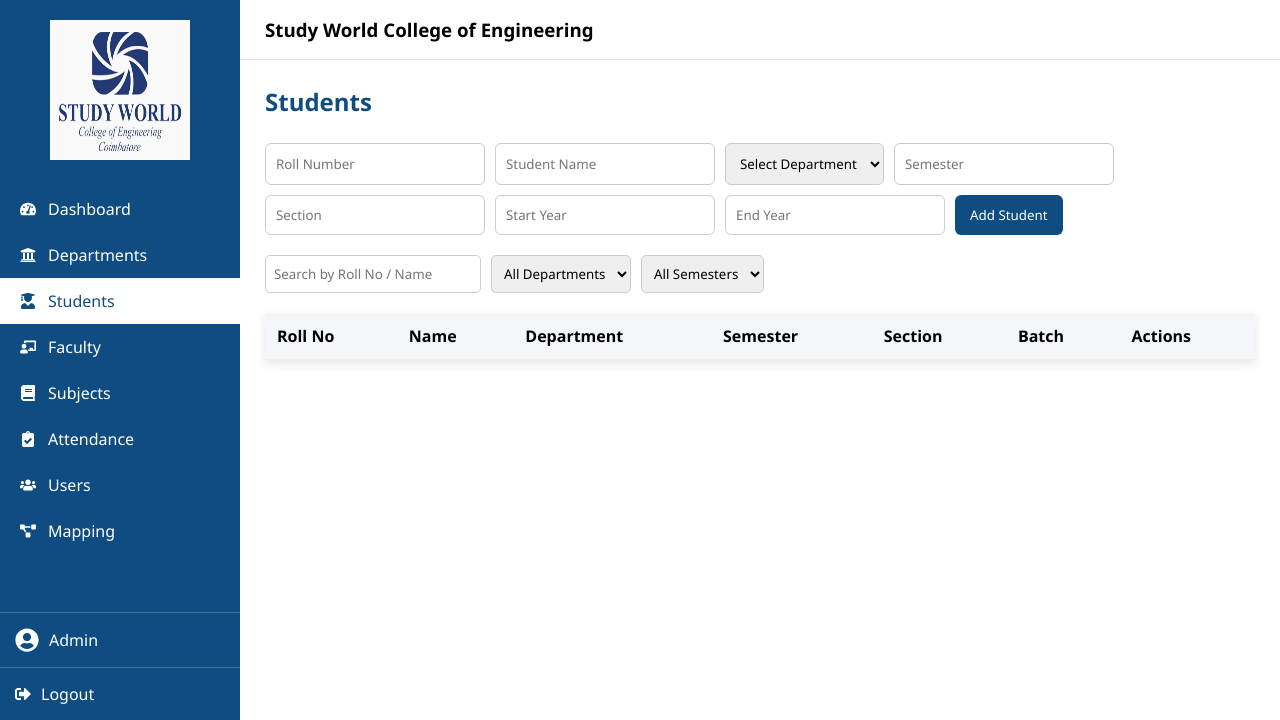
Repository: arthanarieswara/frontend
Page: /students
These files come from the project's save history. The page is drawn as it stood at one moment and after the next save; the edit follows.
The browser window is 1280 px wide. The pictures show the whole page.
The page's requests for data from a server got no answer. The project was rebuilt for these pictures with package versions that can differ from the ones it lists, and the page was loaded fresh each time. No one was signed in, and anything a server would have sent is missing. Also part of the build but not shown: vite.config.js, src/pages/auth/Login.jsx, src/pages/dashboard/Dashboard.css, src/pages/dashboard/Dashboard.jsx, src/pages/departments/Departments.jsx, src/pages/faculty/Faculty.css, src/pages/faculty/Faculty.jsx, src/pages/Subjects/Subjects.css and 7 more.

Above is the page before, as saved 2026-03-27 11:10:35.

### src/App.jsx
import AppRoutes from "./routes/AppRoutes";

function App() {
  return <AppRoutes />;
}

export default App;

### src/routes/AppRoutes.jsx
import { BrowserRouter, Routes, Route } from "react-router-dom";

import Login from "../pages/auth/Login";
import Dashboard from "../pages/dashboard/Dashboard";
import Departments from "../pages/departments/Departments";
import Students from "../pages/students/Students";
import Faculty from "../pages/faculty/Faculty";
import Subjects from "../pages/Subjects/Subjects";
import Attendance from "../pages/Attendance/Attendance";
import Users from "../pages/users/Users";
import UserMapping from "../pages/UserMapping/UserMapping"; // ✅ NEW
function AppRoutes() {
  return (
    <BrowserRouter>
      <Routes>
        <Route path="/" element={<Login />} />
        <Route path="/dashboard" element={<Dashboard />} />
        <Route path="/departments" element={<Departments />} />
        <Route path="/students" element={<Students />} />
        <Route path="/faculty" element={<Faculty />} />
        <Route path="/subjects" element={<Subjects />} />
        <Route path="/attendance" element={<Attendance />} />
        <Route path="/users" element={<Users />} />

        {/* ✅ NEW ROUTE */}
        <Route path="/mapping" element={<UserMapping />} />
      </Routes>
    </BrowserRouter>
  );
}

export default AppRoutes;

### src/pages/auth/Login.css
*{
  margin:0;
  padding:0;
  box-sizing:border-box;
  font-family:"Segoe UI",sans-serif;
}

/* ANIMATED BACKGROUND */

.login-wrapper{
  height:100vh;
  display:flex;
  justify-content:center;
  align-items:center;
  background:linear-gradient(270deg,#0f4c81,#3a8bfd,#1a6ed8);
  background-size:600% 600%;
  animation:gradientBG 10s ease infinite;
}

@keyframes gradientBG{
  0%{background-position:0% 50%}
  50%{background-position:100% 50%}
  100%{background-position:0% 50%}
}

/* LOGIN CARD */

.login-card{
  width:420px;
  padding:40px;
  border-radius:12px;
  background:rgba(255,255,255,0.15);
  backdrop-filter:blur(15px);
  box-shadow:0 15px 40px rgba(0,0,0,0.3);
  text-align:center;
  color:white;
}

/* COLLEGE HEADER */

.college-logo{
  width:70px;
  margin-bottom:10px;
}

.college-header h1{
  font-size:20px;
  margin-bottom:5px;
}

.college-header p{
 font-size:13px;
  opacity:0.9;
}

.college-header span{
  font-size:12px;
  opacity:0.8;
}

.college-header{
  margin-bottom:30px;
}

/* INPUT GROUP */

.input-group{

  position:relative;
  margin-bottom:20px;
}

.input-group input{
  width:100%;
  padding:12px;
  border:none;
  border-radius:6px;
  outline:none;
  font-size:14px;
}

/* FLOATING LABEL */

.input-group label{
  position:absolute;
  left:12px;
  top:50%;
  transform:translateY(-50%);
  color:#000000;
  font-size:14px;
  pointer-events:none;
  transition:0.3s;
}

.input-group input:focus + label,
.input-group input:not(:placeholder-shown) + label{
  top:-8px;
  /* background:white; */
  padding:0 5px;
  font-size:15px;
  color:white;
}

/* PASSWORD ICON */

.password-group{
 position:relative;
}

.eye-icon{
  position:absolute;
  right:10px;
  top:50%;
  transform:translateY(-50%);
  cursor:pointer;
  color:#444;
}

/* BUTTON */

.login-btn{
  width:100%;
  padding:12px;
  border:none;
  border-radius:6px;
  background:white;
  color:#0f4c81;
  font-size:16px;
  font-weight:bold;
  cursor:pointer;
  transition:all 0.3s;
}

.login-btn:hover{
  transform:translateY(-2px);
  box-shadow:0 5px 15px rgba(0,0,0,0.3);
}

### src/components/Layout.jsx
import { useState } from "react";
import Sidebar from "./Sidebar";
import Navbar from "./Navbar";

function Layout({ children }) {

  const [collapsed,setCollapsed] = useState(false);

  return (

    <div style={{display:"flex"}}>

      <Sidebar collapsed={collapsed} />

      <div style={{flex:1}}>

        <Navbar toggleSidebar={()=>setCollapsed(!collapsed)} />

        <div style={{padding:"25px"}}>
          {children}
        </div>

      </div>

    </div>

  );

}

export default Layout;

### src/pages/departments/Departments.css
.departments h2 {
    margin-bottom: 20px;
}

.add-section {
    display: flex;
    gap: 10px;
    margin-bottom: 20px;
}

.add-section input {
    padding: 10px;
    border: 1px solid #ccc;
    border-radius: 5px;
}

.add-section button {
    background: #0f4c81;
    color: white;
    border: none;
    padding: 10px 15px;
    border-radius: 5px;
    cursor: pointer;
}

table {
    width: 100%;
    border-collapse: collapse;
    background: white;
    box-shadow: 0 5px 10px rgba(0, 0, 0, 0.1);
}

th,
td {
    padding: 12px;
    border-bottom: 1px solid #ddd;
    text-align: left;
}

.delete-btn {
    background: red;
    color: white;
    border: none;
    padding: 6px 10px;
    border-radius: 4px;
    cursor: pointer;
}

.edit-btn {
    background: #0f4c81;
    color: white;
    border: none;
    padding: 6px 10px;
    border-radius: 4px;
    cursor: pointer;
    margin: 10px;
}

### src/pages/students/Students.css
.students h2{
    margin-bottom:25px;
    font-size:24px;
    color:#0f4c81;
}

.student-form{
    display:flex;
    gap:10px;
    flex-wrap:wrap;
    margin-bottom:20px;
}

.student-form input,
.student-form select{
    padding:10px;
    border:1px solid #ccc;
    border-radius:6px;
}

.student-form button{
    background:#0f4c81;
    color:white;
    border:none;
    padding:10px 15px;
    border-radius:6px;
    cursor:pointer;
}

.students-table{
    width:100%;
    border-collapse:collapse;
    background:white;
    box-shadow:0 4px 10px rgba(0,0,0,0.1);
}

.students-table th{
    background:#f4f6f9;
}

.students-table th,
.students-table td{
    padding:12px;
    border-bottom:1px solid #eee;
}

.students-table tbody tr:hover{
    background:#f9fbfd;
}

.edit-btn{
    background:#ffc107;
    border:none;
    padding:6px 10px;
    border-radius:4px;
    margin-right:6px;
}

.delete-btn{
    background:#dc3545;
    color:white;
    border:none;
    padding:6px 10px;
    border-radius:4px;
}

.student-filters{
    display:flex;
    gap:10px;
    margin-bottom:20px;
}

.student-filters input,
.student-filters select{
    padding:8px;
    border:1px solid #ccc;
    border-radius:5px;
}

.pagination{
    margin-top:20px;
    display:flex;
    gap:8px;
}

.pagination button{
    padding:6px 10px;
    border:none;
    background:#ddd;
    cursor:pointer;
}

.pagination .active-page{
    background:#0f4c81;
    color:white;
}

### src/components/Sidebar.jsx
import { NavLink, useNavigate } from "react-router-dom";
import {
  FaTachometerAlt,
  FaUniversity,
  FaUserGraduate,
  FaChalkboardTeacher,
  FaBook,
  FaClipboardCheck,
  FaMoneyBill,
  FaSignOutAlt,
  FaUserCircle,
  FaUsers,
  FaProjectDiagram,
} from "react-icons/fa";

import "./Sidebar.css";

function Sidebar({ collapsed }) {
  const navigate = useNavigate();

  const handleLogout = () => {
    localStorage.removeItem("token");
    navigate("/");
  };

  return (
    <div className={`sidebar ${collapsed ? "collapsed" : ""}`}>
      <div className="sidebar-header">
        <img src="/college-logo.png" className="sidebar-logo" />
      </div>

      <nav className="menu">
        <NavLink to="/dashboard" className="menu-item">
          <FaTachometerAlt />
          <span>Dashboard</span>
        </NavLink>

        <NavLink to="/departments" className="menu-item">
          <FaUniversity />
          <span>Departments</span>
        </NavLink>

        <NavLink to="/students" className="menu-item">
          <FaUserGraduate />
          <span>Students</span>
        </NavLink>

        <NavLink to="/faculty" className="menu-item">
          <FaChalkboardTeacher />
          <span>Faculty</span>
        </NavLink>

        <NavLink to="/subjects" className="menu-item">
          <FaBook />
          <span>Subjects</span>
        </NavLink>

        <NavLink to="/attendance" className="menu-item">
          <FaClipboardCheck />
          <span>Attendance</span>
        </NavLink>

        {/* <NavLink to="/fees" className="menu-item">
          <FaMoneyBill />
          <span>Fees</span>
        </NavLink> */}

        <NavLink to="/users" className="menu-item">
          <FaUsers />
          <span>Users</span>
        </NavLink>
        <NavLink to="/mapping" className="menu-item">
          <FaProjectDiagram />
          <span>Mapping</span>
        </NavLink>
      </nav>

      {/* PROFILE SECTION */}

      <div className="bottom-section">
        <div className="profile">
          <FaUserCircle className="profile-icon" />
          <span>Admin</span>
        </div>

        <div className="logout" onClick={handleLogout}>
          <FaSignOutAlt />
          <span>Logout</span>
        </div>
      </div>
    </div>
  );
}

export default Sidebar;

### src/components/Navbar.jsx
import { FaBars } from "react-icons/fa";
import "./Navbar.css";

function Navbar({ toggleSidebar }) {

    return (

        <div className="navbar">

            {/* <FaBars className="toggle-btn" onClick={toggleSidebar} /> */}

            <h3>Study World College of Engineering</h3>

        </div>

    )

}

export default Navbar;

### src/components/Sidebar.css
.sidebar {
    width: 240px;
    height: 100vh;
    background: #0f4c81;
    color: white;
    display: flex;
    flex-direction: column;
    transition: 0.3s;
}

/* COLLAPSED */

.sidebar.collapsed {
    width: 70px;
}

.sidebar.collapsed span {
    display: none;
}

/* HEADER */

.sidebar-header {
    font-size: 20px;
    font-weight: bold;
    text-align: center;
    padding: 20px;
}

/* MENU */

.menu {
    flex: 1;
    display: flex;
    flex-direction: column;
}

/* MENU ITEM */

.menu-item {
    display: flex;
    align-items: center;
    gap: 12px;
    padding: 12px 20px;
    text-decoration: none;
    color: white;
    transition: 0.3s;
}

.menu-item:hover {
    background: rgba(255, 255, 255, 0.2);
}

.menu-item.active {
    background: white;
   color: #0f4c81;
}

/* PROFILE */

.profile {
    padding: 15px;
    border-top: 1px solid rgba(255, 255, 255, 0.2);
    display: flex;
    align-items: center;
    gap: 10px;
}

.profile-icon {
    font-size: 24px;
}

/* LOGOUT */

.logout {
    padding: 15px;
    display: flex;
    align-items: center;
    gap: 10px;
    cursor: pointer;
    border-top: 1px solid rgba(255, 255, 255, 0.2);
}

.logout:hover {
    background: rgba(255, 255, 255, 0.2);
}

.sidebar-logo {
    width: 140px;
    height: 140px;
    /* border-radius:50%; */
}

### src/components/Navbar.css
.navbar{
  height:60px;
  background:white;
  border-bottom:1px solid #ddd;
  display:flex;
  align-items:center;
  padding:0 25px;
}

Loaded but not shown: index.html (common file); src/main.jsx (common file); src/api/api.js (18 lines, source omitted); src/pages/students/Students.jsx (297 lines, source omitted)

After the next save:
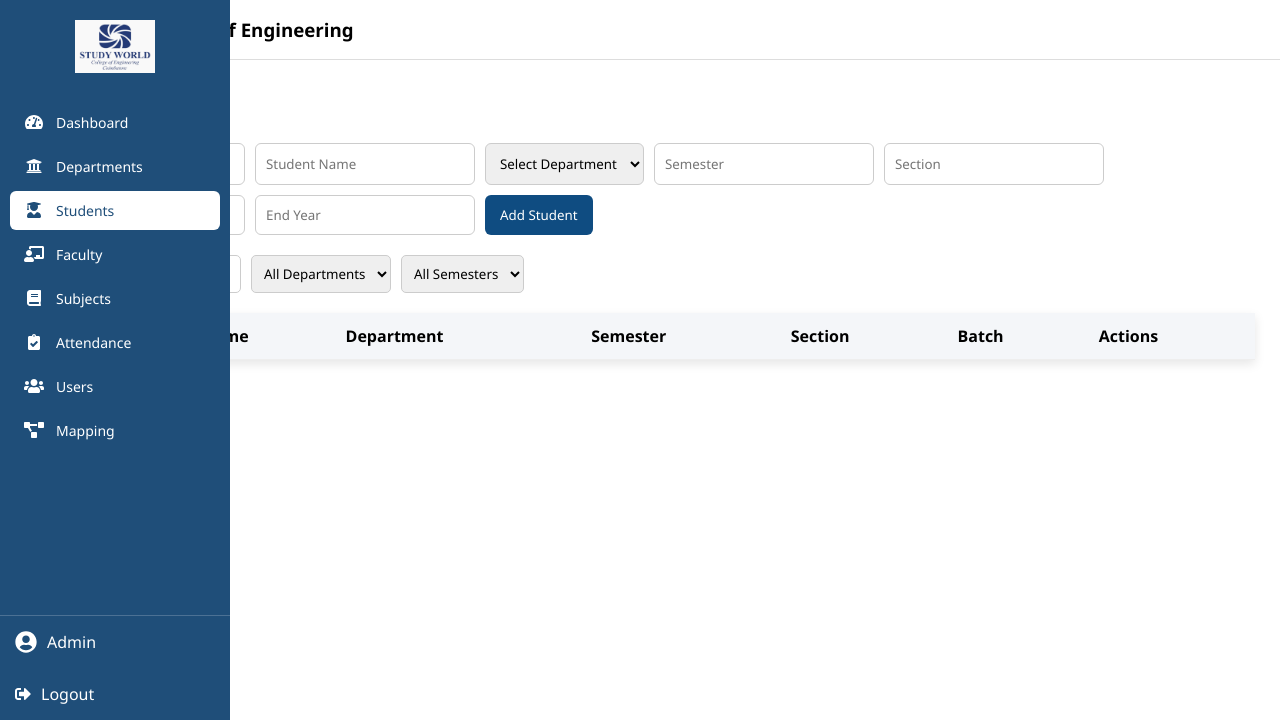
Saved 8 s later.
--- a/src/components/Sidebar.css
+++ b/src/components/Sidebar.css
@@ -1,92 +1,98 @@
 .sidebar {
-    width: 240px;
-    height: 100vh;
-    background: #0f4c81;
-    color: white;
-    display: flex;
-    flex-direction: column;
-    transition: 0.3s;
-}
-
-/* COLLAPSED */
-
-.sidebar.collapsed {
-    width: 70px;
-}
-
-.sidebar.collapsed span {
-    display: none;
+  width: 230px;
+  height: 100vh;
+  background: #1f4e79;
+  color: white;
+  display: flex;
+  flex-direction: column;
+  justify-content: space-between;
+  position: fixed;
+  left: 0;
+  top: 0;
 }
 
 /* HEADER */
 
 .sidebar-header {
-    font-size: 20px;
-    font-weight: bold;
-    text-align: center;
-    padding: 20px;
+  display: flex;
+  justify-content: center;
+  align-items: center;
+  padding: 20px 10px;
+}
+
+.sidebar-logo {
+  width: 80px;
+  object-fit: contain;
 }
 
 /* MENU */
 
 .menu {
-    flex: 1;
-    display: flex;
-    flex-direction: column;
+  display: flex;
+  flex-direction: column;
+  gap: 5px;
+  padding: 10px;
 }
 
 /* MENU ITEM */
 
 .menu-item {
-    display: flex;
-    align-items: center;
-    gap: 12px;
-    padding: 12px 20px;
-    text-decoration: none;
-    color: white;
-    transition: 0.3s;
+  display: flex;
+  align-items: center;
+  gap: 12px;
+  padding: 10px 14px;
+  color: white;
+  text-decoration: none;
+  border-radius: 6px;
+  transition: 0.3s;
+  font-size: 14px;
+}
+
+.menu-item svg {
+  font-size: 16px;
+  min-width: 20px;
 }
 
 .menu-item:hover {
-    background: rgba(255, 255, 255, 0.2);
+  background: rgba(255, 255, 255, 0.15);
 }
 
 .menu-item.active {
-    background: white;
-   color: #0f4c81;
+  background: white;
+  color: #1f4e79;
+}
+
+/* PUSH BOTTOM SECTION DOWN */
+
+.bottom-section {
+  margin-top: auto;
 }
 
 /* PROFILE */
 
 .profile {
-    padding: 15px;
-    border-top: 1px solid rgba(255, 255, 255, 0.2);
-    display: flex;
-    align-items: center;
-    gap: 10px;
+  display: flex;
+  align-items: center;
+  gap: 10px;
+  padding: 15px;
+  border-top: 1px solid rgba(255,255,255,0.2);
 }
 
 .profile-icon {
-    font-size: 24px;
+  font-size: 22px;
 }
 
 /* LOGOUT */
 
 .logout {
-    padding: 15px;
-    display: flex;
-    align-items: center;
-    gap: 10px;
-    cursor: pointer;
-    border-top: 1px solid rgba(255, 255, 255, 0.2);
+  display: flex;
+  align-items: center;
+  gap: 10px;
+  padding: 15px;
+  cursor: pointer;
+  transition: 0.3s;
 }
 
 .logout:hover {
-    background: rgba(255, 255, 255, 0.2);
+  background: rgba(255, 0, 0, 0.2);
 }
-
-.sidebar-logo {
-    width: 140px;
-    height: 140px;
-    /* border-radius:50%; */
-}

After the save that followed:
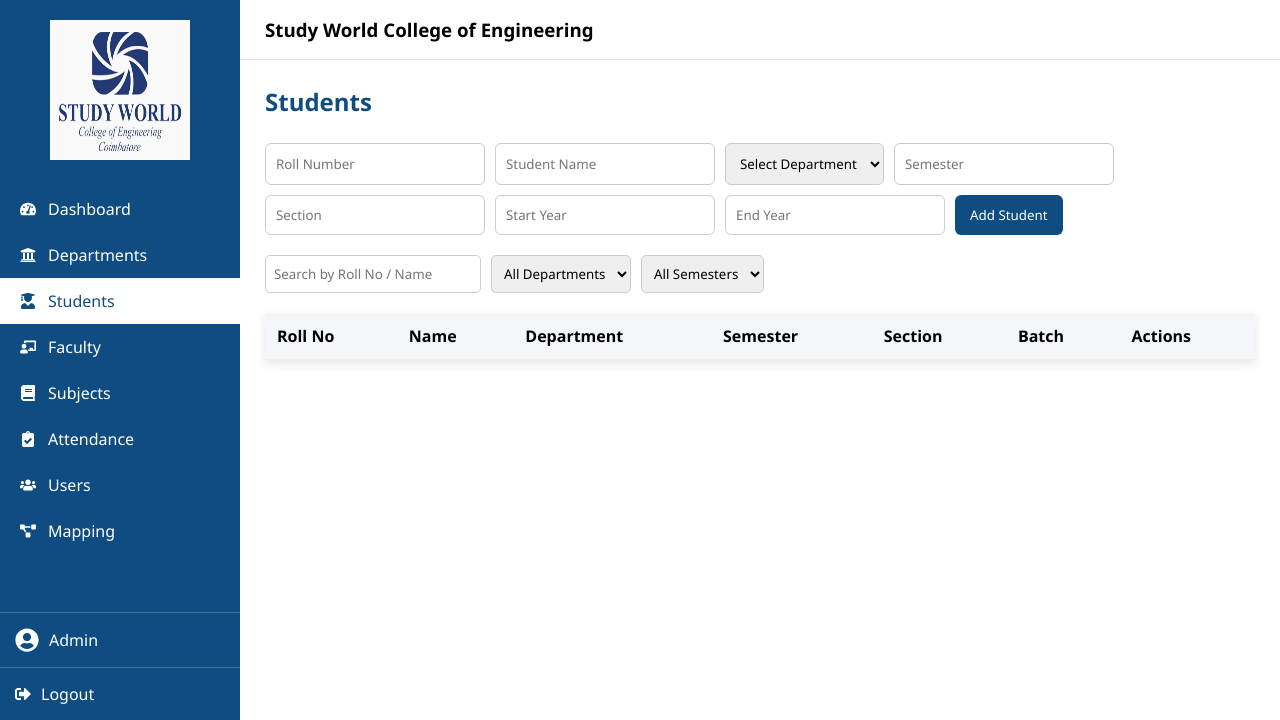
Saved 20 s later.
--- a/src/components/Sidebar.css
+++ b/src/components/Sidebar.css
@@ -1,98 +1,92 @@
 .sidebar {
-  width: 230px;
-  height: 100vh;
-  background: #1f4e79;
-  color: white;
-  display: flex;
-  flex-direction: column;
-  justify-content: space-between;
-  position: fixed;
-  left: 0;
-  top: 0;
+    width: 240px;
+    height: 100vh;
+    background: #0f4c81;
+    color: white;
+    display: flex;
+    flex-direction: column;
+    transition: 0.3s;
+}
+
+/* COLLAPSED */
+
+.sidebar.collapsed {
+    width: 70px;
+}
+
+.sidebar.collapsed span {
+    display: none;
 }
 
 /* HEADER */
 
 .sidebar-header {
-  display: flex;
-  justify-content: center;
-  align-items: center;
-  padding: 20px 10px;
-}
-
-.sidebar-logo {
-  width: 80px;
-  object-fit: contain;
+    font-size: 20px;
+    font-weight: bold;
+    text-align: center;
+    padding: 20px;
 }
 
 /* MENU */
 
 .menu {
-  display: flex;
-  flex-direction: column;
-  gap: 5px;
-  padding: 10px;
+    flex: 1;
+    display: flex;
+    flex-direction: column;
 }
 
 /* MENU ITEM */
 
 .menu-item {
-  display: flex;
-  align-items: center;
-  gap: 12px;
-  padding: 10px 14px;
-  color: white;
-  text-decoration: none;
-  border-radius: 6px;
-  transition: 0.3s;
-  font-size: 14px;
-}
-
-.menu-item svg {
-  font-size: 16px;
-  min-width: 20px;
+    display: flex;
+    align-items: center;
+    gap: 12px;
+    padding: 12px 20px;
+    text-decoration: none;
+    color: white;
+    transition: 0.3s;
 }
 
 .menu-item:hover {
-  background: rgba(255, 255, 255, 0.15);
+    background: rgba(255, 255, 255, 0.2);
 }
 
 .menu-item.active {
-  background: white;
-  color: #1f4e79;
-}
-
-/* PUSH BOTTOM SECTION DOWN */
-
-.bottom-section {
-  margin-top: auto;
+    background: white;
+   color: #0f4c81;
 }
 
 /* PROFILE */
 
 .profile {
-  display: flex;
-  align-items: center;
-  gap: 10px;
-  padding: 15px;
-  border-top: 1px solid rgba(255,255,255,0.2);
+    padding: 15px;
+    border-top: 1px solid rgba(255, 255, 255, 0.2);
+    display: flex;
+    align-items: center;
+    gap: 10px;
 }
 
 .profile-icon {
-  font-size: 22px;
+    font-size: 24px;
 }
 
 /* LOGOUT */
 
 .logout {
-  display: flex;
-  align-items: center;
-  gap: 10px;
-  padding: 15px;
-  cursor: pointer;
-  transition: 0.3s;
+    padding: 15px;
+    display: flex;
+    align-items: center;
+    gap: 10px;
+    cursor: pointer;
+    border-top: 1px solid rgba(255, 255, 255, 0.2);
 }
 
 .logout:hover {
-  background: rgba(255, 0, 0, 0.2);
+    background: rgba(255, 255, 255, 0.2);
 }
+
+.sidebar-logo {
+    width: 140px;
+    height: 140px;
+    /* border-radius:50%; */
+}
